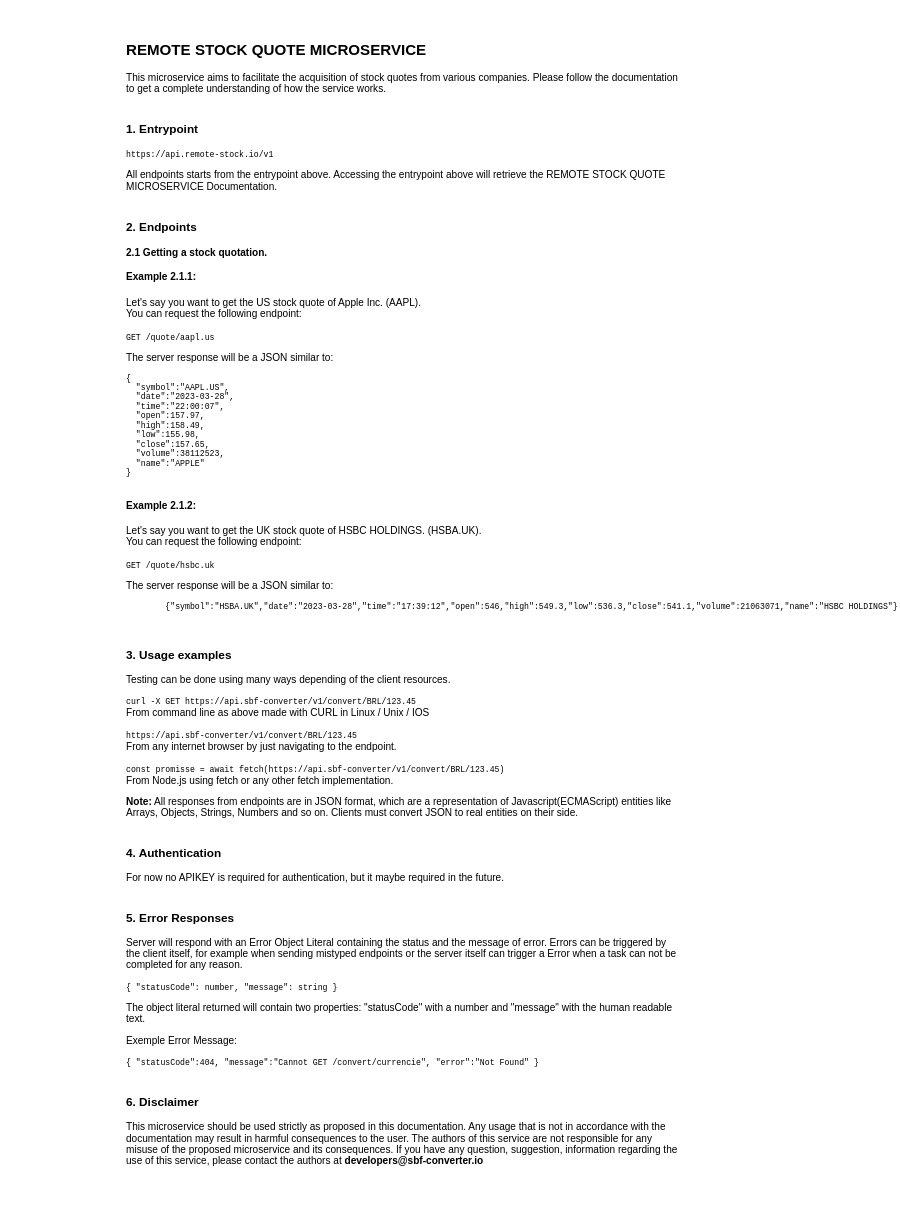
Repository: miguelamello/nest-js
Page: api-service/documentation.html
An editor plug-in stored every save of this project. The page is shown before and after a run of saves, followed by the edit.
The browser window is 1280 px wide. The page is 1429 px wide, then 1280 px, so the pictures cover 1429 px, including what lies to the right of the window. The pictures show the whole page, at 63% of full size.

Above is the page before, as saved 2023-03-28 18:24:31.

### api-service/documentation.html
<!DOCTYPE html>
<html lang="en">
<head>
  <meta charset="UTF-8">
  <meta http-equiv="X-UA-Compatible" content="IE=edge">
  <meta name="viewport" content="width=device-width, initial-scale=1.0">
  <title>REMOTE STOCK QUOTE MICROSERVICE</title>
  <style>
    body {
      font-family: Arial, Helvetica, sans-serif;
      padding: 3% 15%;
    }
    h3 {
      margin-top: 5%;
    }
    pre {
      margin: 0;
    }
  </style>
</head>
<body>
  <h2>REMOTE STOCK QUOTE MICROSERVICE</h2>
  <p>
    This microservice aims to facilitate the acquisition of stock quotes from various companies.
    Please follow the documentation to get a complete understanding of how the service works.
  </p>

  <h3>1. Entrypoint</h3>
  <code>https://api.remote-stock.io/v1</code>
  <p>
    All endpoints starts from the entrypoint above. Accessing the entrypoint
    above will retrieve the REMOTE STOCK QUOTE MICROSERVICE Documentation.
  </p>

  <h3>2. Endpoints</h3>
  <h4>2.1 Getting a stock quotation.</h4>
  <p>
    <p>
      <h4>Example 2.1.1:</h4>
      <div>Let's say you want to get the US stock quote of Apple Inc. (AAPL).</div>
      <div>You can request the following endpoint:</div><br>
      <code>GET /quote/aapl.us</code>

      <p>The server response will be a JSON similar to:</p>

      <pre>
{
  "symbol":"AAPL.US",
  "date":"2023-03-28",
  "time":"22:00:07",
  "open":157.97,
  "high":158.49,
  "low":155.98,
  "close":157.65,
  "volume":38112523,
  "name":"APPLE"
}
      </pre>
    </p>
    <p>
      <h4>Example 2.1.2:</h4>
      <div>Let's say you want to get the UK stock quote of HSBC HOLDINGS. (HSBA.UK).</div>
      <div>You can request the following endpoint:</div><br>
      <code>GET /quote/hsbc.uk</code>

      <p>The server response will be a JSON similar to:</p>

      <pre>
        {"symbol":"HSBA.UK","date":"2023-03-28","time":"17:39:12","open":546,"high":549.3,"low":536.3,"close":541.1,"volume":21063071,"name":"HSBC HOLDINGS"}
      </pre>
    </p>
  </p>

  <h3>3. Usage examples</h3>

  <p>Testing can be done using many ways depending of the client resources.</p>

  <code>curl -X GET https://api.sbf-converter/v1/convert/BRL/123.45</code>
  <div>From command line as above made with CURL in Linux / Unix / IOS</div>
  <br>
  <code>https://api.sbf-converter/v1/convert/BRL/123.45</code>
  <div>From any internet browser by just navigating to the endpoint.</div>
  <br>
  <code>const promisse = await fetch(https://api.sbf-converter/v1/convert/BRL/123.45)</code>
  <div>From Node.js using fetch or any other fetch implementation.</div>

  <p>
    <b>Note:</b> All responses from endpoints are in JSON format, which are a
    representation of Javascript(ECMAScript) entities like Arrays, Objects,
    Strings, Numbers and so on. Clients must convert JSON to real entities
    on their side.
  </p>

  <h3>4. Authentication</h3>
  <p>For now no APIKEY is required for authentication, but it maybe required in the future.</p>

  <h3>5. Error Responses</h3>

  <p>
    Server will respond with an Error Object Literal containing
    the status and the message of error. Errors can be triggered
    by the client itself, for example when sending mistyped endpoints
    or the server itself can trigger a Error when a
    task can not be completed for any reason.
  </p>

  <p>
    <code>{ "statusCode": number, "message": string }</code><br>
    <div>
      The object literal returned will contain two properties:
      "statusCode" with a number and "message" with the human readable text.
    </div>
  </p>

  <p>Exemple Error Message:</p>
  <p>
    <code>
      { "statusCode":404, "message":"Cannot GET /convert/currencie", "error":"Not Found" }
    </code>
  </p>

  <h3>6. Disclaimer</h3>
  <p>
    This microservice should be used strictly as proposed in this documentation.
    Any usage that is not in accordance with the documentation may result in harmful
    consequences to the user. The authors of this service are not responsible for
    any misuse of the proposed microservice and its consequences. If you have any question,
    suggestion, information regarding the use of this service, please contact
    the authors at <b>developers@sbf-converter.io</b>
  </p>

</body>
</html>

After the next 13 saves:
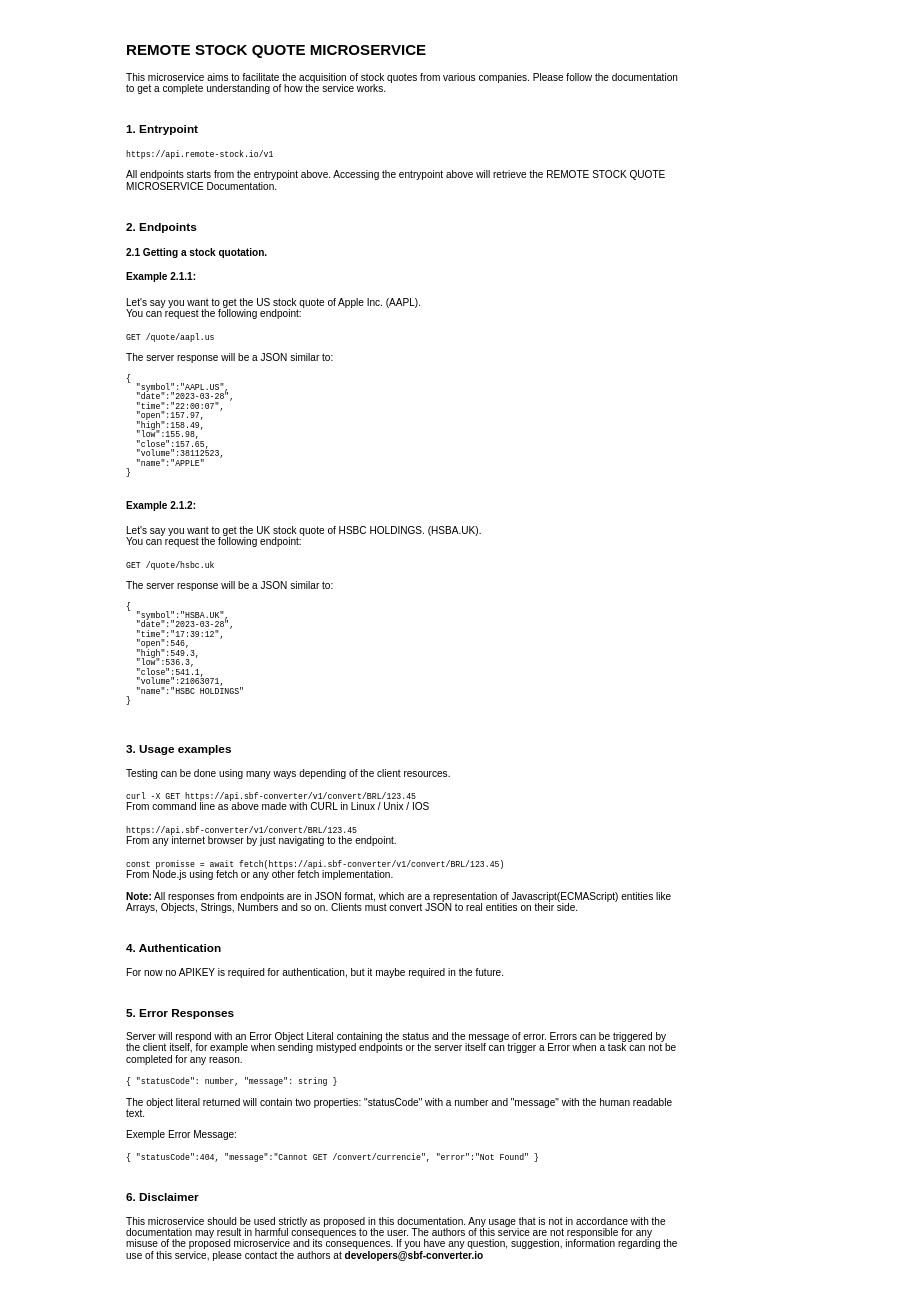
The 13 saves are shown as one change because they came seconds apart.
The last was saved 26 s later.
--- a/api-service/documentation.html
+++ b/api-service/documentation.html
@@ -66,7 +66,17 @@
       <p>The server response will be a JSON similar to:</p>
 
       <pre>
-        {"symbol":"HSBA.UK","date":"2023-03-28","time":"17:39:12","open":546,"high":549.3,"low":536.3,"close":541.1,"volume":21063071,"name":"HSBC HOLDINGS"}
+{
+  "symbol":"HSBA.UK",
+  "date":"2023-03-28",
+  "time":"17:39:12",
+  "open":546,
+  "high":549.3,
+  "low":536.3,
+  "close":541.1,
+  "volume":21063071,
+  "name":"HSBC HOLDINGS"
+}
       </pre>
     </p>
   </p>
